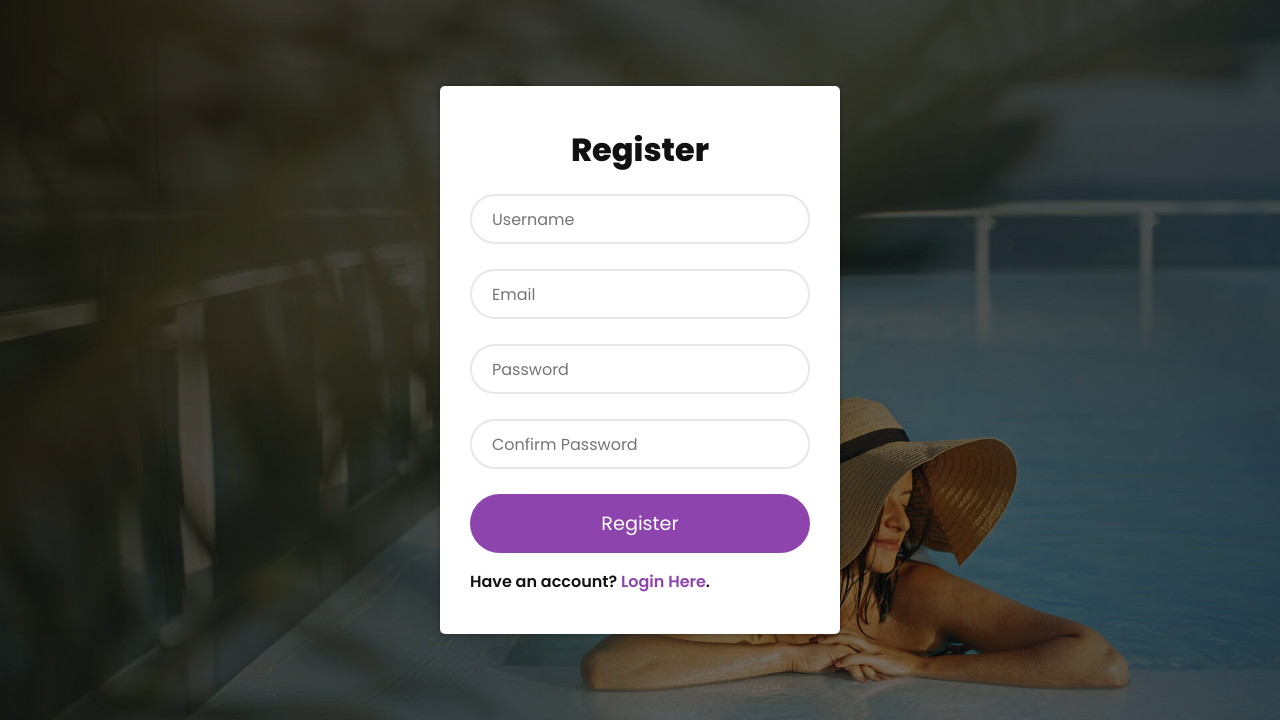
Repository: tanya2468/travel_agency
Page: http://localhost/register.php
An editor plug-in stored every save of this project. The page is shown before and after the next save, followed by the edit.
The browser window is 1280 px wide. The pictures show the whole page.
The page is run by PHP 8.4 with error messages shown; the project is at /var/www/html/.

Above is the page before, as saved 2024-11-12 18:52:59.

### register.php
<?php
include 'config.php';

error_reporting(0);

if (isset($_POST['submit'])) {
    $username = $_POST['username'];
    $email = $_POST['email'];
    $password = md5($_POST['password']);
    $cpassword = md5($_POST['cpassword']);

    if ($password == $cpassword) {
        $sql = "SELECT * FROM users WHERE email='$email'";
        $result = mysqli_query($conn, $sql);
        if (!$result->num_rows > 0) {
            $sql = "INSERT INTO users (username, email, password) VALUES ('$username', '$email','$password')";
            $result = mysqli_query($conn, $sql);
            if ($result) {
                echo "<script>alert('User registration completed.')</script>";
                $username = "";
                $email = "";
                $_POST['password'] = "";
                $_POST['cpassword'] = "";
                header("Location: login.php");
            } else {
                echo "<script>alert('Oops! Something went wrong.')</script>";
            }
        } else {
            echo "<script>alert('Email already registered.')</script>";
        }
    } else {
        echo "<script>alert('Password Not Matched.')</script>";
    }
}
?>
<!DOCTYPE html>
<html>
<head>
	<meta charset="utf-8">
	<meta name="viewport" content="width=device-width, initial-scale=1.0">

	<link rel="stylesheet" href="https://stackpath.bootstrapcdn.com/font-awesome/4.7.0/css/font-awesome.min.css">

	<link rel="stylesheet" type="text/css" href="style.css">

	<title>Register</title>
</head>
<body>
	<div class="container">
		<form action="" method="POST" class="login-email">
            <p class="login-text" style="font-size: 2rem; font-weight: 800;">Register</p>
			<div class="input-group">
				<input type="text" placeholder="Username" name="username" value="<?php echo $username; ?>" required>
			</div>
			<div class="input-group">
				<input type="email" placeholder="Email" name="email"  value="<?php echo $email; ?>" required>
			</div>
			<div class="input-group">
				<input type="password" placeholder="Password" name="password" value="<?php echo $_POST['password']; ?>"  required>
            </div>
            <div class="input-group">
				<input type="password" placeholder="Confirm Password" name="cpassword" value="<?php echo $_POST['cpassword']; ?>"  required>
			</div>
			<div class="input-group">
				<button name="submit" class="btn">Register</button>
			</div>
			<p class="login-register-text">Have an account? <a href="login.php">Login Here</a>.</p>
		</form>
	</div>
</body>
</html>

### config.php
<?php
$server = "localhost";
$user = "root";
$pass = "";
$database = "book_db";

$conn = mysqli_connect($server, $user, $pass, $database);

if (!$conn) {
    die("<script>alert('Connection Failed.')</script>");
}
?>

### style.css
@import url('https://fonts.googleapis.com/css2?family=Poppins:ital,wght@0,100;0,200;0,300;0,400;0,500;0,600;0,700;0,800;0,900;1,100;1,200;1,300;1,400;1,500;1,600;1,700;1,800;1,900&display=swap');

* {
    margin: 0;
    padding: 0;
    box-sizing: border-box;
    font-family: 'Poppins', sans-serif;
}

body {
    width: 100%;
    min-height: 100vh;
    background-image: linear-gradient(rgba(0,0,0,.5), rgba(0,0,0,.5)), url(home-slide-1.jpg);
    background-position: center;
    background-size: cover;
    display: flex;
    justify-content: center;
    align-items: center;
}

.container {
    width: 400px;
    min-height: 400px;
    background: #FFF;
    border-radius: 5px;
    box-shadow: 0 0 5px rgba(0,0,0,.3);
    padding: 40px 30px;
}

.container .login-text {
    color: #111;
    font-weight: 500;
    font-size: 1.1rem;
    text-align: center;
    margin-bottom: 20px;
    display: block;
    text-transform: capitalize;
}

.container .login-social {
    display: grid;
    grid-template-columns: repeat(auto-fit, minmax(50%, 1fr));
    margin-bottom: 25px;
}

.container .login-social a {
    padding: 12px;
    margin: 10px;
    border-radius: 3px;
    box-shadow: 0 0 5px rgba(0,0,0,.3);
    text-decoration: none;
    font-size: 1rem;
    text-align: center;
    color: #FFF;
    transition: .3s;
}

.container .login-social a i {
    margin-right: 5px;
}

.container .login-social a.facebook {
    background: #4267B2;
}

.container .login-social a.twitter {
    background: #1DA1F2;
}

.container .login-social a.google-plus {
    background: #db4a39;
}

.container .login-social a.linkedin {
    background: #0e76a8;
}

.container .login-social a.facebook:hover {
    background: #3d5fa3;
}

.container .login-social a.twitter:hover {
    background: #1991db;
}

.container .login-social a.google-plus:hover {
    background: #ca4334;
}

.container .login-social a.linkedin:hover {
    background: #0b5c81;
}

.container .login-email .input-group {
    width: 100%;
    height: 50px;
    margin-bottom: 25px;
}

.container .login-email .input-group input {
    width: 100%;
    height: 100%;
    border: 2px solid #e7e7e7;
    padding: 15px 20px;
    font-size: 1rem;
    border-radius: 30px;
    background: transparent;
    outline: none;
    transition: .3s;
}

.container .login-email .input-group input:focus, .container .login-email .input-group input:valid {
    border-color: #8e44ad;
}

.container .login-email .input-group .btn {
    display: block;
    width: 100%;
    padding: 15px 20px;
    text-align: center;
    border: none;
    background: #8e44ad;
    outline: none;
    border-radius: 30px;
    font-size: 1.2rem;
    color: #FFF;
    cursor: pointer;
    transition: .3s;
}

.container .login-email .input-group .btn:hover {
    transform: translateY(-5px);
    background: #8e44ad;
}

.login-register-text {
    color: #111;
    font-weight: 600;
}

.login-register-text a {
    text-decoration: none;
    color: #8e44ad;
}

@media (max-width: 430px) {
    .container {
        width: 300px;
    }
    .container .login-social {
        display: block;
    }
    .container .login-social a {
        display: block;
    }
}

After the next save:
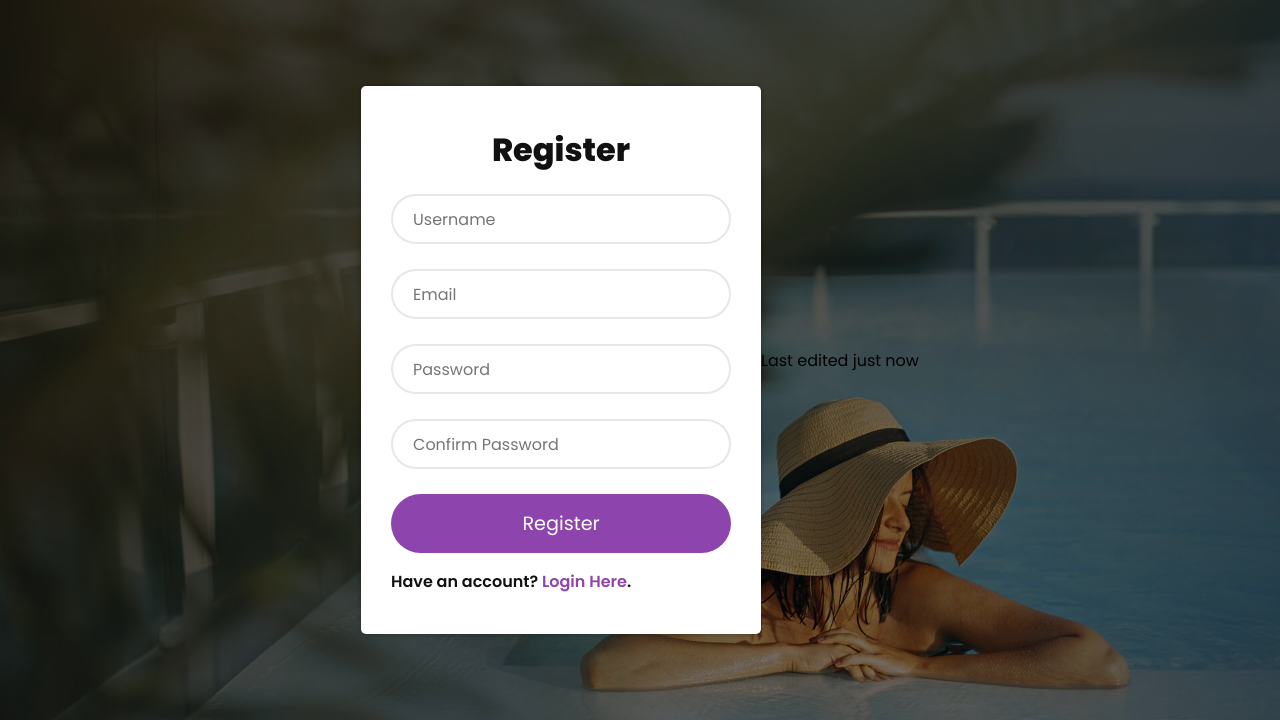
Saved 2 min 42 s later.
--- a/register.php
+++ b/register.php
@@ -12,60 +12,57 @@ if (isset($_POST['submit'])) {
     if ($password == $cpassword) {
         $sql = "SELECT * FROM users WHERE email='$email'";
         $result = mysqli_query($conn, $sql);
-        if (!$result->num_rows > 0) {
+        if ($result->num_rows > 0) {
+            echo "<script>alert('Email already registered.');</script>";
+        } else {
             $sql = "INSERT INTO users (username, email, password) VALUES ('$username', '$email','$password')";
             $result = mysqli_query($conn, $sql);
             if ($result) {
-                echo "<script>alert('User registration completed.')</script>";
-                $username = "";
-                $email = "";
-                $_POST['password'] = "";
-                $_POST['cpassword'] = "";
-                header("Location: login.php");
+                echo "<script>alert('User registration completed.');window.location.href='login.php';</script>";
             } else {
-                echo "<script>alert('Oops! Something went wrong.')</script>";
+                echo "<script>alert('Oops! Something went wrong.');</script>";
             }
-        } else {
-            echo "<script>alert('Email already registered.')</script>";
         }
     } else {
-        echo "<script>alert('Password Not Matched.')</script>";
+        echo "<script>alert('Password Not Matched.');</script>";
     }
 }
 ?>
+
 <!DOCTYPE html>
 <html>
 <head>
-	<meta charset="utf-8">
-	<meta name="viewport" content="width=device-width, initial-scale=1.0">
+    <meta charset="utf-8">
+    <meta name="viewport" content="width=device-width, initial-scale=1.0">
 
-	<link rel="stylesheet" href="https://stackpath.bootstrapcdn.com/font-awesome/4.7.0/css/font-awesome.min.css">
+    <link rel="stylesheet" href="https://stackpath.bootstrapcdn.com/font-awesome/4.7.0/css/font-awesome.min.css">
 
-	<link rel="stylesheet" type="text/css" href="style.css">
+    <link rel="stylesheet" type="text/css" href="style.css">
 
-	<title>Register</title>
+    <title>Register</title>
 </head>
 <body>
-	<div class="container">
-		<form action="" method="POST" class="login-email">
+    <div class="container">
+        <form action="" method="POST" class="login-email">
             <p class="login-text" style="font-size: 2rem; font-weight: 800;">Register</p>
-			<div class="input-group">
-				<input type="text" placeholder="Username" name="username" value="<?php echo $username; ?>" required>
-			</div>
-			<div class="input-group">
-				<input type="email" placeholder="Email" name="email"  value="<?php echo $email; ?>" required>
-			</div>
-			<div class="input-group">
-				<input type="password" placeholder="Password" name="password" value="<?php echo $_POST['password']; ?>"  required>
+            <div class="input-group">
+                <input type="text" placeholder="Username" name="username" value="<?php echo $username; ?>" required>
             </div>
             <div class="input-group">
-				<input type="password" placeholder="Confirm Password" name="cpassword" value="<?php echo $_POST['cpassword']; ?>"  required>
-			</div>
-			<div class="input-group">
-				<button name="submit" class="btn">Register</button>
-			</div>
-			<p class="login-register-text">Have an account? <a href="login.php">Login Here</a>.</p>
-		</form>
-	</div>
+                <input type="email" placeholder="Email" name="email" value="<?php echo $email; ?>" required>
+            </div>
+            <div class="input-group">
+                <input type="password" placeholder="Password" name="password" value="<?php echo $_POST['password']; ?>" required>
+            </div>
+            <div class="input-group">
+                <input type="password" placeholder="Confirm Password" name="cpassword" value="<?php echo $_POST['cpassword']; ?>" required>
+            </div>
+            <div class="input-group">
+                <button name="submit" class="btn">Register</button>
+            </div>
+            <p class="login-register-text">Have an account? <a href="login.php">Login Here</a>.</p>
+        </form>
+    </div>
 </body>
 </html>
+Last edited just now
